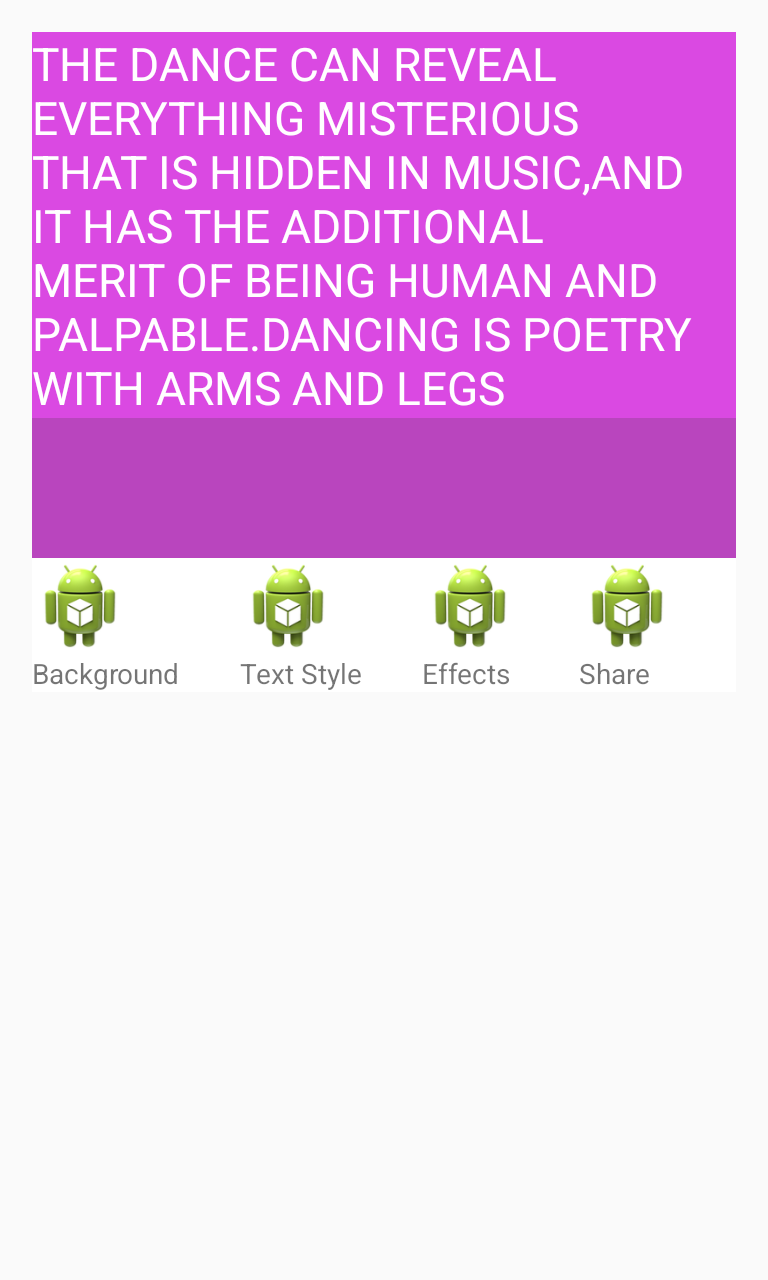
Repository: roopasree/new-pgm
Layout: Appnew/res/layout/activity_main.xml
The author's editor kept a copy of each file at every save. The layout is drawn from the files as they stood at one save, then again after the next save.
It is drawn on a 768 x 1280 px phone screen (xhdpi) without system bars, with theme AppTheme; the app's code is not run.

Above is the layout before, as saved 2015-02-16 08:27:46.

### Appnew/res/layout/activity_main.xml
<RelativeLayout xmlns:android="http://schemas.android.com/apk/res/android"
    xmlns:tools="http://schemas.android.com/tools"
    android:layout_width="match_parent"
    android:layout_height="match_parent"
    android:paddingBottom="@dimen/activity_vertical_margin"
    android:paddingLeft="@dimen/activity_horizontal_margin"
    android:paddingRight="@dimen/activity_horizontal_margin"
    android:paddingTop="@dimen/activity_vertical_margin"
    tools:context="com.example.appnew.MainActivity" >

    <TextView
        android:id="@+id/textView1"
        android:layout_width="match_parent"
        android:layout_height="wrap_content"
        android:background="#DA49E2"
        android:text="THE DANCE CAN REVEAL EVERYTHING MISTERIOUS THAT IS HIDDEN IN MUSIC,AND IT HAS THE ADDITIONAL MERIT OF BEING HUMAN AND PALPABLE.DANCING IS POETRY WITH ARMS AND LEGS"
        android:textColor="#FFFFFF"
        android:textSize="23dp" />

    <View
        android:id="@+id/view1"
        android:layout_width="match_parent"
        android:layout_height="70dp"
        android:layout_alignLeft="@+id/textView1"
        android:layout_below="@+id/textView1"
        android:background="#B945BE" />

    <LinearLayout
        android:layout_width="match_parent"
        android:layout_height="wrap_content"
        android:layout_alignLeft="@+id/view1"
        android:layout_below="@+id/view1"
        android:background="#ffffff"
        android:weightSum="4.0" >

        <LinearLayout
            android:layout_width="wrap_content"
            android:layout_height="match_parent"
            android:layout_gravity="center"
            android:layout_weight="1.0"
            android:orientation="vertical" >

            <ImageView
                android:id="@+id/imageView1"
                android:layout_width="wrap_content"
                android:layout_height="wrap_content"
                android:src="@drawable/ic_launcher" />

            <TextView
                android:id="@+id/textView2"
                android:layout_width="wrap_content"
                android:layout_height="wrap_content"
                android:text="Background"
                android:textAppearance="?android:attr/textAppearanceSmall" />
        </LinearLayout>

        <LinearLayout
            android:layout_width="wrap_content"
            android:layout_height="wrap_content"
            android:layout_gravity="center"
            android:layout_weight="1.0"
            android:orientation="vertical" >

            <ImageView
                android:id="@+id/imageView2"
                android:layout_width="wrap_content"
                android:layout_height="wrap_content"
                android:src="@drawable/ic_launcher" />

            <TextView
                android:id="@+id/textView3"
                android:layout_width="wrap_content"
                android:layout_height="wrap_content"
                android:text="Text Style"
                android:textAppearance="?android:attr/textAppearanceSmall" />
        </LinearLayout>

        <LinearLayout
            android:layout_width="wrap_content"
            android:layout_height="match_parent"
            android:layout_gravity="center"
            android:layout_weight="1.0"
            android:orientation="vertical" >

            <ImageView
                android:id="@+id/imageView3"
                android:layout_width="wrap_content"
                android:layout_height="wrap_content"
                android:src="@drawable/ic_launcher" />

            <TextView
                android:id="@+id/textView4"
                android:layout_width="wrap_content"
                android:layout_height="wrap_content"
                android:text="Effects"
                android:textAppearance="?android:attr/textAppearanceSmall" />
        </LinearLayout>

        <LinearLayout
            android:layout_width="wrap_content"
            android:layout_height="match_parent"
        android:layout_gravity="center"
            android:layout_weight="1.0"
            android:orientation="vertical" >

            <ImageView
                android:id="@+id/imageView4"
                android:layout_width="wrap_content"
                android:layout_height="wrap_content"
                android:src="@drawable/ic_launcher" />

            <TextView
                android:id="@+id/textView5"
                android:layout_width="wrap_content"
                android:layout_height="wrap_content"
                android:text="Share"
                android:textAppearance="?android:attr/textAppearanceSmall" />
        </LinearLayout>
    </LinearLayout>

</RelativeLayout>

Loaded but not shown: Appnew/res/values/styles.xml (common file); Appnew/res/values-v11/styles.xml (common file); Appnew/res/values-v14/styles.xml (common file); Appnew/res/values/dimens.xml (common file); Appnew/res/values-w820dp/dimens.xml (common file)

After the next save:
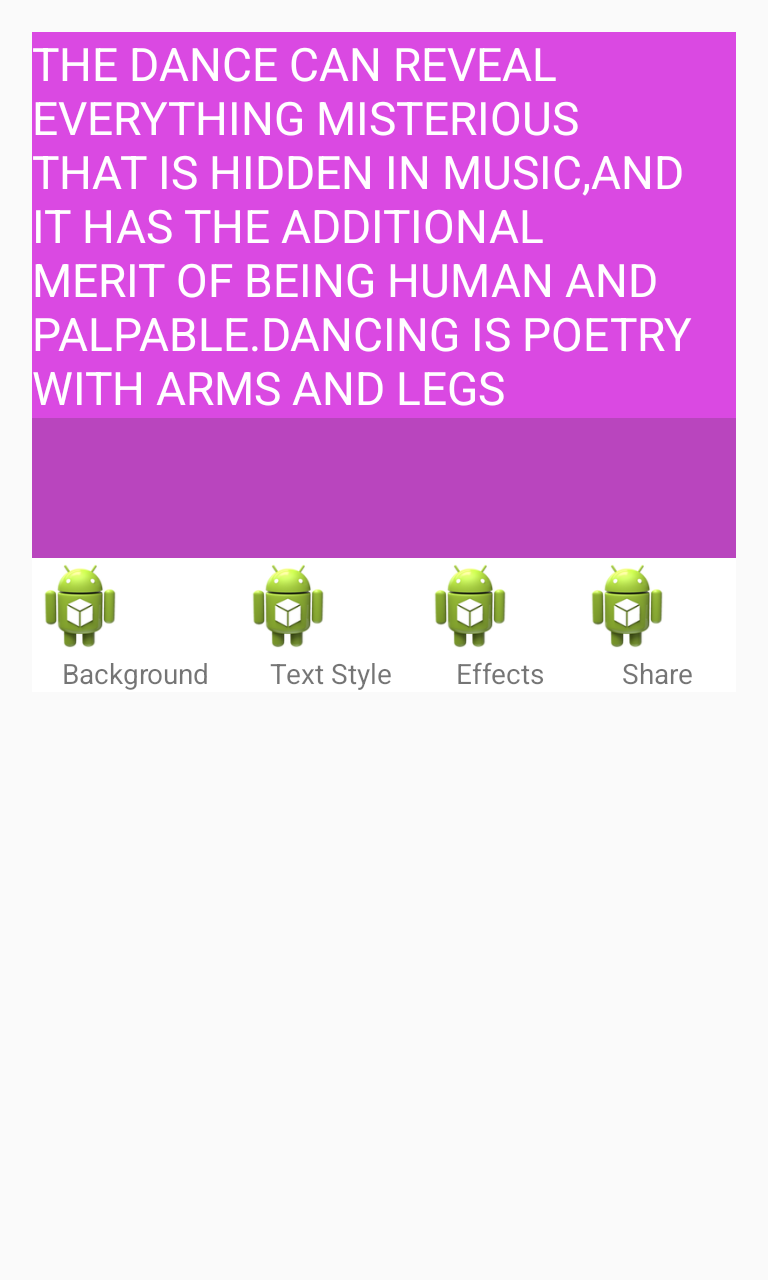
Saved 24 s later.
--- a/Appnew/res/layout/activity_main.xml
+++ b/Appnew/res/layout/activity_main.xml
@@ -50,6 +50,7 @@
                 android:id="@+id/textView2"
                 android:layout_width="wrap_content"
                 android:layout_height="wrap_content"
+                android:layout_gravity="center"
                 android:text="Background"
                 android:textAppearance="?android:attr/textAppearanceSmall" />
         </LinearLayout>
@@ -71,6 +72,7 @@
                 android:id="@+id/textView3"
                 android:layout_width="wrap_content"
                 android:layout_height="wrap_content"
+                android:layout_gravity="center"
                 android:text="Text Style"
                 android:textAppearance="?android:attr/textAppearanceSmall" />
         </LinearLayout>
@@ -92,6 +94,7 @@
                 android:id="@+id/textView4"
                 android:layout_width="wrap_content"
                 android:layout_height="wrap_content"
+                android:layout_gravity="center"
                 android:text="Effects"
                 android:textAppearance="?android:attr/textAppearanceSmall" />
         </LinearLayout>
@@ -99,7 +102,7 @@
         <LinearLayout
             android:layout_width="wrap_content"
             android:layout_height="match_parent"
-        android:layout_gravity="center"
+            android:layout_gravity="center"
             android:layout_weight="1.0"
             android:orientation="vertical" >
 
@@ -113,6 +116,7 @@
                 android:id="@+id/textView5"
                 android:layout_width="wrap_content"
                 android:layout_height="wrap_content"
+                android:layout_gravity="center"
                 android:text="Share"
                 android:textAppearance="?android:attr/textAppearanceSmall" />
         </LinearLayout>
